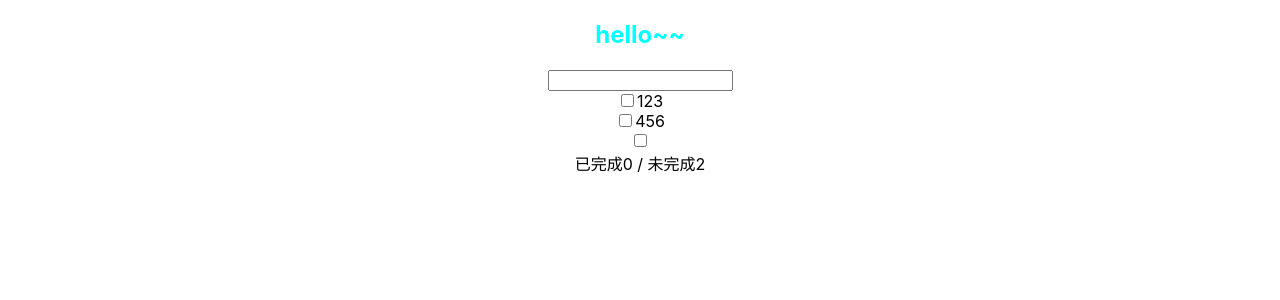
Repository: Gaays/React-todo-list
Page: /
These files come from the project's save history. The page is drawn as it stood at one moment and after the next save; the edit follows.
The browser window is 1280 px wide. The pictures show the whole page.
The project was rebuilt for these pictures with package versions that can differ from the ones it lists, and the page was loaded fresh each time.

Above is the page before, as saved 2022-10-17 20:39:03.

### src/App.js
import './App.css';
import Todo from './components/Todo';

function App() {
  return (
    <div className="App">
      <Todo />
    </div>
  );
}

export default App;

### src/components/Todo/index.jsx
import React, { Component } from "react";
import hello from './index.module.css'
import TodoItem from '../TodoItem'


class TodoInput extends Component {
  state = {
    label: ''
  }
  handleInput = (e) => {
    this.setState({ label: e.target.value })
  }
  handleSubmit = (e) => {
    if (e.code === 'Enter') {
      this.props.submit(this.state.label)
      this.setState({ label: '' })

    }
  }
  render() {
    return (
      <div>
        <input type="text" value={this.state.label} onChange={this.handleInput} onKeyUp={this.handleSubmit} />
      </div>
    );
  }
}

export default class Todo extends Component {
  state = {
    list: [
      {
        id: 1,
        check: false,
        label: '123'
      },
      {
        id: 2,
        check: false,
        label: '456'
      },
    ],
    checkAll: false
  }
  addListItem = (label) => {
    const id = Number(new Date())
    let list = this.state.list.slice()
    list.unshift({ label: label, id: id, check: false })
    this.setState(() => {
      return { list: list }
    })
  }
  changeState = (id, state) => {
    const newList = this.state.list.slice()
    const item = newList.find(item => item.id === id)
    let checkAll = false
    if (item) {
      item.check = state
    }
    if (this.state.list.length > 0 && this.getUndoneCount === 0) {
      checkAll = true
    }
    this.setState(() => {
      return { list: newList, checkAll: checkAll }
    })
  }

  handleCheckAll = () => {
    const list = this.state.list.slice()
    list.forEach(item => {
      item.check = true
    })
    this.setState(() => {
      return { list: list }
    })
  }

  get getDoneCount() {
    const doneCount = this.state.list.filter(item => item.check).length
    return doneCount
  }

  get getUndoneCount() {
    return this.state.list.filter(item => item.check === false).length
  }


  render() {
    const todoList = this.state.list.map((item) => {
      return <TodoItem data={item} key={item.id} changeState={this.changeState} />
    })
    return (
      <div>
        <h2 className={hello.title}>hello~~</h2 >
        <TodoInput submit={this.addListItem} />
        <div>{todoList}</div>
        <div >
          <input type="checkbox" checked={this.state.checkAll} onChange={this.handleCheckAll} />
          <div>已完成{this.getDoneCount} / 未完成{this.getUndoneCount}</div>
        </div>
      </div>
    )
  }
}

### src/components/Todo/index.module.css
.title {
  color: aqua;
}

### src/components/TodoItem/index.jsx
import React, { Component } from 'react'
import './index.css'
export default class TodoItem extends Component {
  changeState = (data) => {
    let { check, id } = data
    const checkState = !check
    this.props.changeState(id, checkState)
  }

  render() {
    return (
      <div className='todo-item'>
        <input type="checkbox" checked={this.props.data.check} onChange={() => this.changeState(this.props.data)} />
        <div>{this.props.data.label}</div>
      </div>
    )
  }
}

### src/components/TodoItem/index.css
.todo-item{
  display: flex;
  align-items: center;
  justify-content: center;
}

Loaded but not shown: public/index.html (common file); src/index.js (common file); src/index.css (common file); src/reportWebVitals.js (common file); src/App.css (common file)

After the next save:
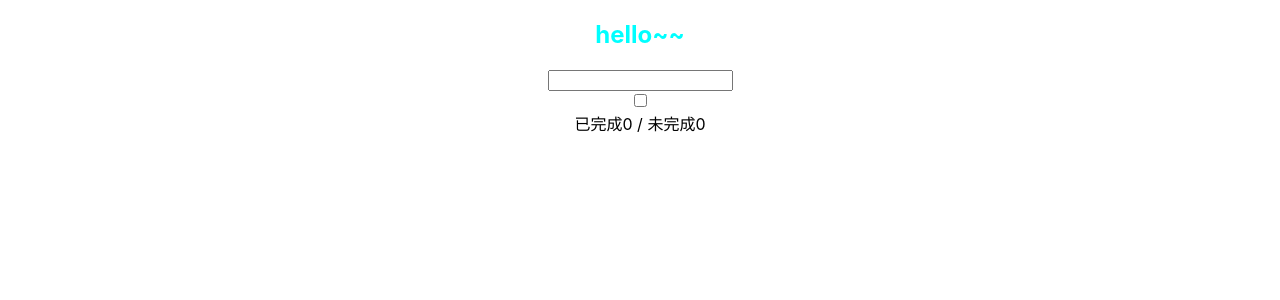
Saved 56 s later.
--- a/src/components/Todo/index.jsx
+++ b/src/components/Todo/index.jsx
@@ -28,18 +28,7 @@ class TodoInput extends Component {
 
 export default class Todo extends Component {
   state = {
-    list: [
-      {
-        id: 1,
-        check: false,
-        label: '123'
-      },
-      {
-        id: 2,
-        check: false,
-        label: '456'
-      },
-    ],
+    list: [],
     checkAll: false
   }
   addListItem = (label) => {
@@ -71,7 +60,7 @@ export default class Todo extends Component {
       item.check = true
     })
     this.setState(() => {
-      return { list: list }
+      return { list: list, checkAll: true }
     })
   }
 
